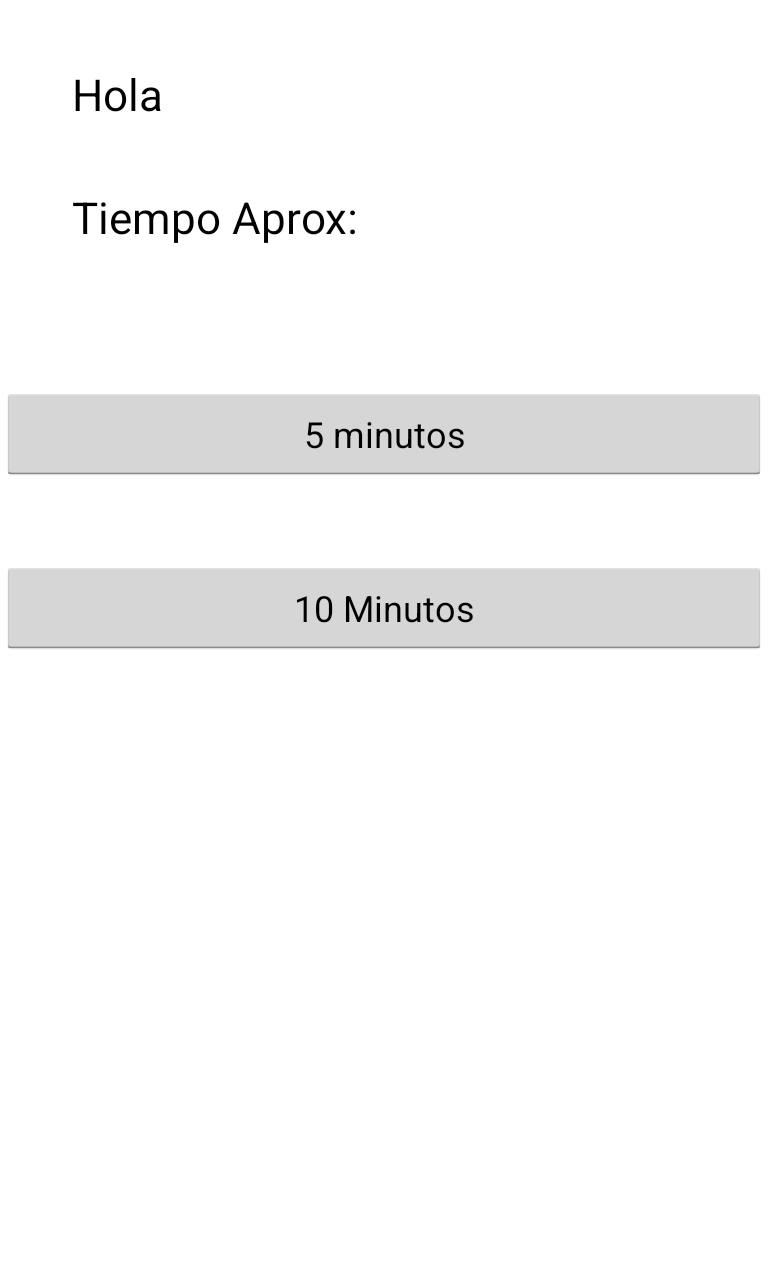
Repository: fernandohur/moviles
Layout: ClienteTaxi/res/layout/activity_confirmar_servicio.xml
An editor plug-in stored every save of this project. The layout is shown before and after the next save, followed by the edit.
It is drawn on a 768 x 1280 px phone screen (xhdpi) without system bars, with theme AppTheme; the app's code is not run.

Above is the layout before, as saved 2013-03-09 23:14:32.

### ClienteTaxi/res/layout/activity_confirmar_servicio.xml
<RelativeLayout xmlns:android="http://schemas.android.com/apk/res/android"
    xmlns:tools="http://schemas.android.com/tools"
    android:layout_width="match_parent"
    android:layout_height="match_parent"
    tools:context=".ConfirmarServicioActivity" >

    <TextView
        android:id="@+id/TextView01"
        android:layout_width="wrap_content"
        android:layout_height="wrap_content"
        android:layout_alignLeft="@+id/txtMessageConf"
        android:layout_below="@+id/txtMessageConf"
        android:layout_marginTop="32dp"
        android:text="Tiempo Aprox:"
        android:textAppearance="?android:attr/textAppearanceLarge" />

    <TextView
        android:id="@+id/txtMessageConf"
        android:layout_width="wrap_content"
        android:layout_height="wrap_content"
        android:layout_alignParentLeft="true"
        android:layout_alignParentTop="true"
        android:layout_marginLeft="36dp"
        android:layout_marginTop="32dp"
        android:text="Hola"
        android:textAppearance="?android:attr/textAppearanceLarge" />

    <Button
        android:id="@+id/button1"
        android:layout_width="wrap_content"
        android:layout_height="wrap_content"
        android:layout_alignParentLeft="true"
        android:layout_alignParentRight="true"
        android:layout_below="@+id/TextView01"
        android:layout_marginTop="70dp"
        android:text="5 minutos" />

    <Button
        android:id="@+id/button2"
        android:layout_width="wrap_content"
        android:layout_height="wrap_content"
        android:layout_alignParentLeft="true"
        android:layout_alignParentRight="true"
        android:layout_below="@+id/button1"
        android:layout_marginTop="39dp"
        android:text="10 Minutos" />

</RelativeLayout>

Loaded but not shown: ClienteTaxi/res/values/styles.xml (common file); ClienteTaxi/res/values-v11/styles.xml (common file); ClienteTaxi/res/values-v14/styles.xml (common file)

After the next save:
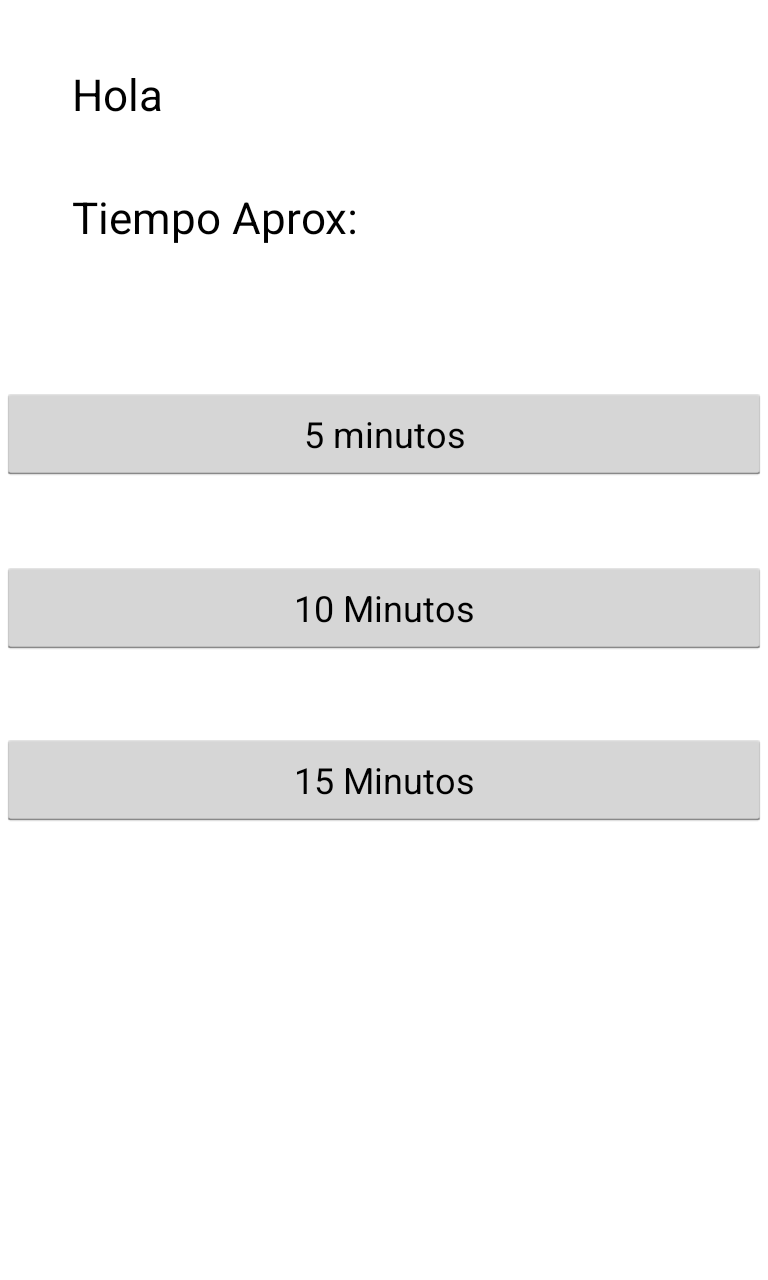
Saved 18 s later.
--- a/ClienteTaxi/res/layout/activity_confirmar_servicio.xml
+++ b/ClienteTaxi/res/layout/activity_confirmar_servicio.xml
@@ -45,4 +45,14 @@
         android:layout_marginTop="39dp"
         android:text="10 Minutos" />
 
+    <Button
+        android:id="@+id/button3"
+        android:layout_width="wrap_content"
+        android:layout_height="wrap_content"
+        android:layout_alignParentLeft="true"
+        android:layout_alignParentRight="true"
+        android:layout_below="@+id/button2"
+        android:layout_marginTop="38dp"
+        android:text="15 Minutos" />
+
 </RelativeLayout>
